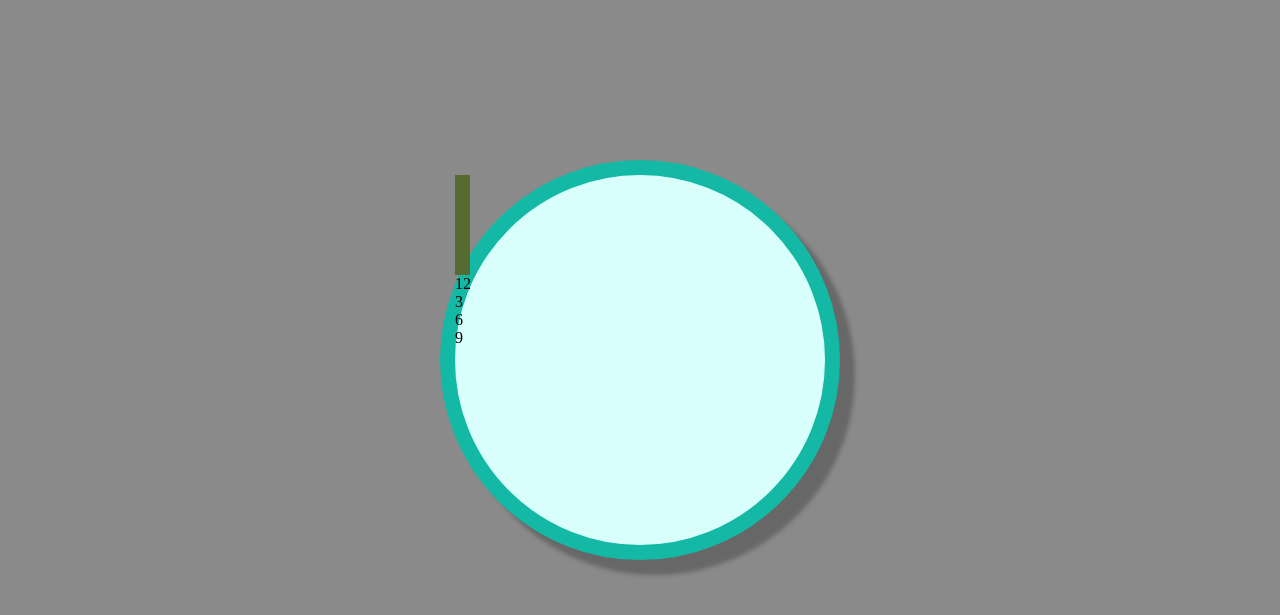
Repository: ChenWarren/web-clock
Page: index.html
An editor plug-in stored every save of this project. The page is shown before and after a run of saves, followed by the edit.
The browser window is 1280 px wide. The pictures show the whole page.

Above is the page before, as saved 2021-03-18 20:50:47.

### index.html
<!DOCTYPE html>
<html lang="en">
<head>
    <meta charset="UTF-8">
    <meta http-equiv="X-UA-Compatible" content="IE=edge">
    <meta name="viewport" content="width=device-width, initial-scale=1.0">
    <link rel="stylesheet" href="main.css">
    <title>Clock</title>
</head>
<body>
    <main class="clock">
        <div class="hour"></div>
        <div class="minute"></div>
        <div class="second"></div>

        <div class="number">
            <div class="num_1">12</div>
        </div>
        <div class="number">
            <div class="num_3">3</div>
        </div>
        <div class="number">
            <div class="num_1">6</div>
        </div>
        <div class="number">
            <div class="num_1">9</div>
        </div>

        <div class="dot"></div>
        <div class="dot"></div>
        <div class="dot"></div>
        <div class="dot"></div>
        <div class="dot"></div>
        <div class="dot"></div>
        <div class="dot"></div>
        <div class="dot"></div>
    </main>

    <script src="clock.js"></script>

</body>
</html>

### main.css
* {
    margin: 0;
    padding: 0;
    box-sizing: border-box;
}

body {
    background-color: rgb(138, 138, 138);
    display: flex;
    justify-content: center;
    align-items: center;
    width: 100vw;
    height: 100vh;
    overflow: hidden;
}

.clock {
    width: 400px;
    height: 400px;
    border-radius: 50%;
    background: #d8fffb;
    border: 15px solid #14B9A5;
    box-sizing: border-box;
    box-shadow: 15px 15px 4px rgba(0, 0, 0, 0.25);
}

.hour {
    width: 15px;
    height: 100px;
    background-color: darkolivegreen;
}

.hour {
    width: 15px;
    height: 100px;
    background-color: darkolivegreen;
}

Loaded but not shown: clock.js (no copy from this time; the picture is the same without it)

After the next 3 saves:
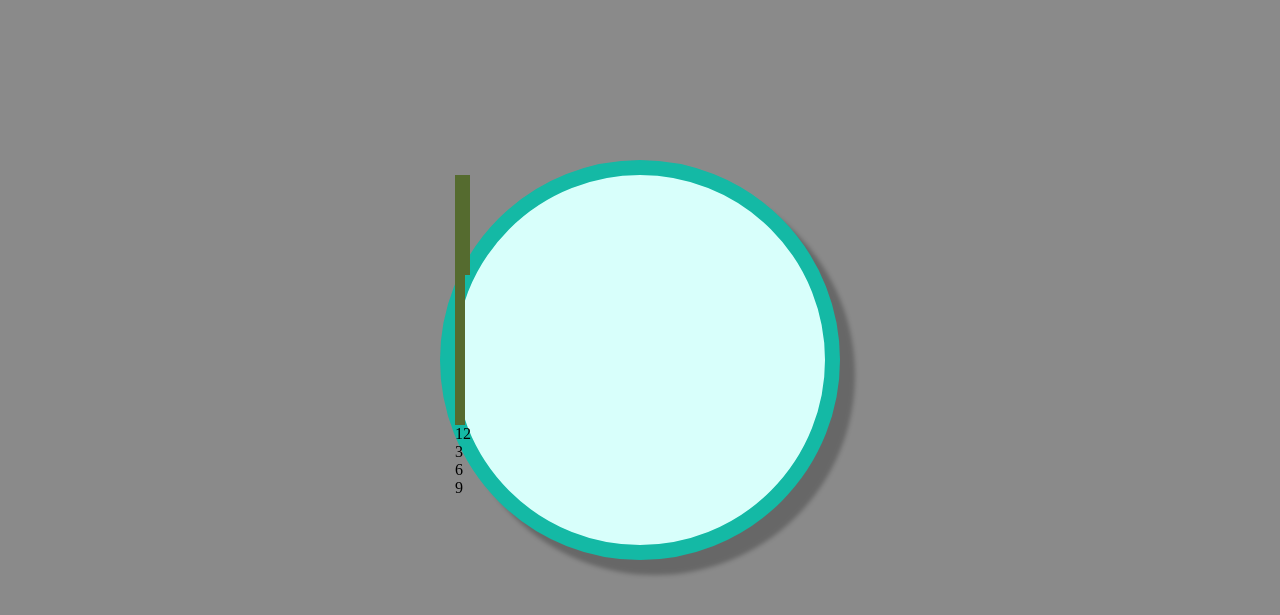
The 3 saves are shown as one change because they came seconds apart.
The last was saved 10 s later.
--- a/main.css
+++ b/main.css
@@ -30,8 +30,8 @@ body {
     background-color: darkolivegreen;
 }
 
-.hour {
-    width: 15px;
-    height: 100px;
+.minute {
+    width: 10px;
+    height: 150px;
     background-color: darkolivegreen;
 }
